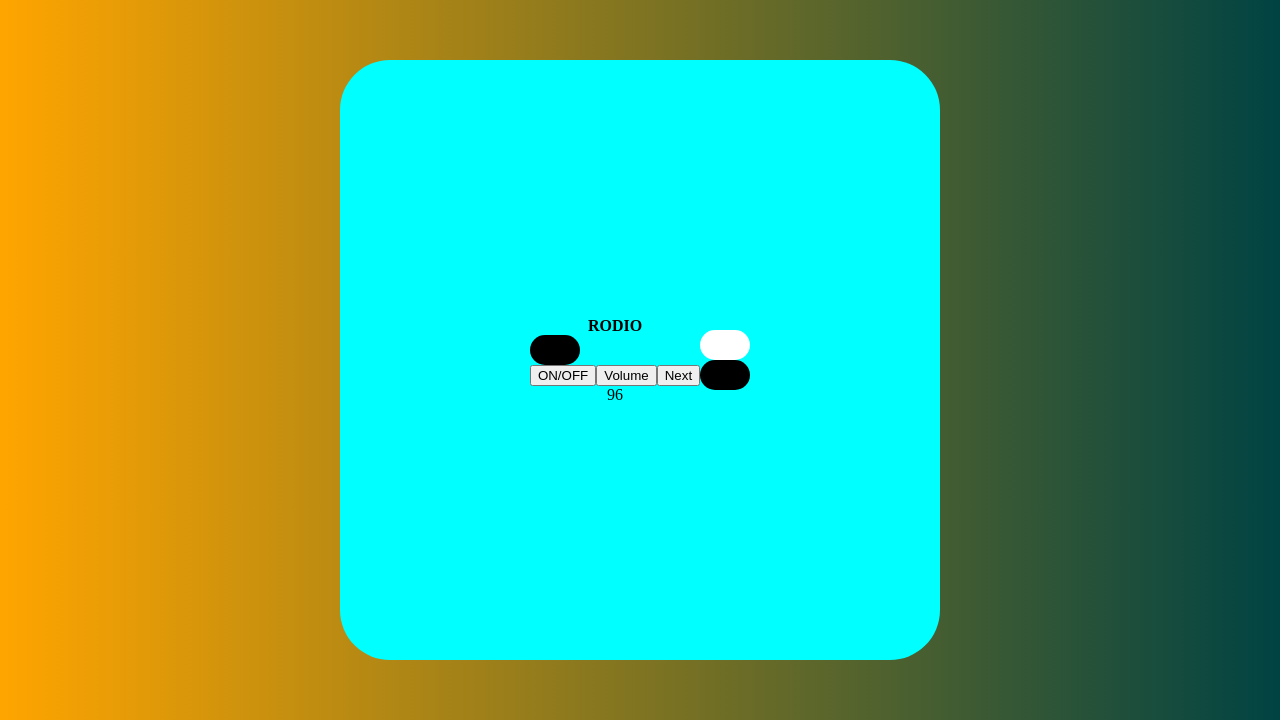
Repository: Alexandru-Morteanu/rodio
Page: /96
These files come from the project's save history. The page is drawn as it stood at one moment and after the next save; the edit follows.
The browser window is 1280 px wide. The pictures show the whole page.
The project was rebuilt for these pictures with package versions that can differ from the ones it lists, and the page was loaded fresh each time. Also part of the build but not shown: src/pages/Login/firebase.js, src/pages/Login/AuthContext.js, src/pages/Login/PrivateRoute.js, src/pages/Administrator/Admin.js, src/pages/ControlStation/ControlStation.js.

Above is the page before, as saved 2023-01-30 11:47:14.

After the next save:
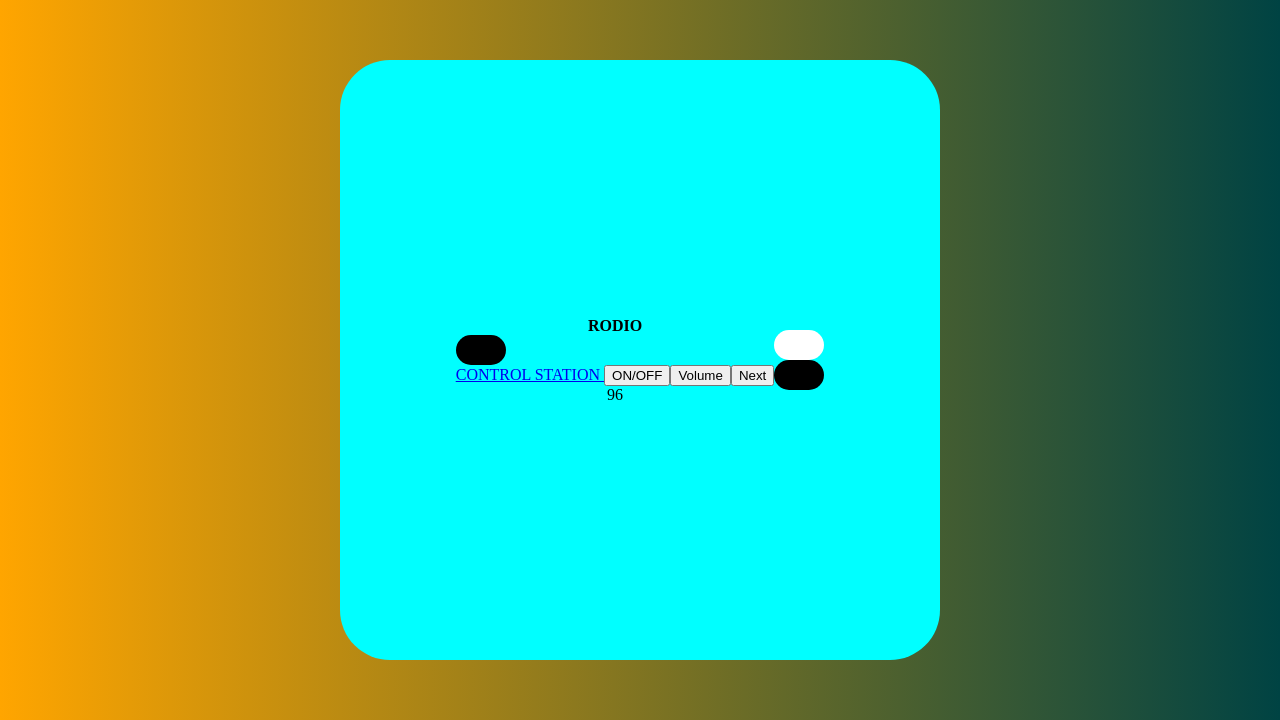
Saved 12 s later.
--- a/src/pages/Homepage.js
+++ b/src/pages/Homepage.js
@@ -9,6 +9,7 @@ function Homepage() {
         <div>
             <b>RODIO</b>
             <div className='vizualizer'></div>
+            <Link to='/control'> CONTROL STATION </Link>
             <button>ON/OFF</button>
             <button>Volume</button>
             <button>Next</button>
